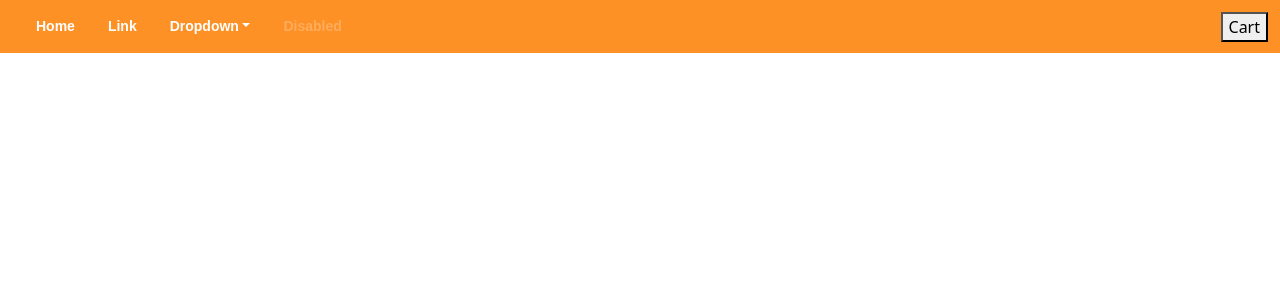
Repository: SaudCh/React-Ecommerce
Page: /login
An editor plug-in stored every save of this project. The page is shown before and after the next save, followed by the edit.
The browser window is 1280 px wide. The pictures show the whole page.
The project was rebuilt for these pictures with package versions that can differ from the ones it lists, and the page was loaded fresh each time. Also part of the build but not shown: src/App.css.

Above is the page before, as saved 2021-12-05 11:47:40.

After the next save:
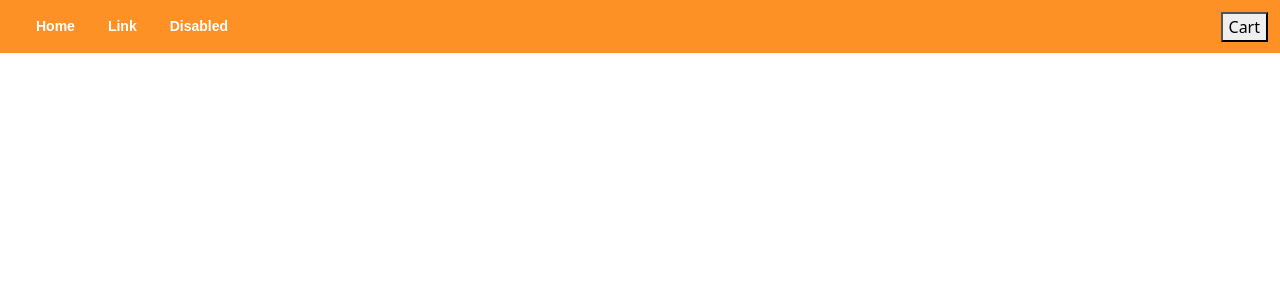
Saved 11 s later.
--- a/src/Header/Header.jsx
+++ b/src/Header/Header.jsx
@@ -34,41 +34,10 @@ export default function Header() {
                 Link
               </Link>
             </li>
-            <li class="nav-item dropdown">
-              <Link
-                class="nav-link  text-white dropdown-toggle"
-                to="#"
-                id="navbarDropdown"
-                role="button"
-                data-bs-toggle="dropdown"
-                aria-expanded="false"
-              >
-                Dropdown
-              </Link>
-              <ul class="dropdown-menu" aria-labelledby="navbarDropdown">
-                <li>
-                  <Link class="dropdown-item" to="#">
-                    Action
-                  </Link>
-                </li>
-                <li>
-                  <Link class="dropdown-item" to="#">
-                    Another action
-                  </Link>
-                </li>
-                <li>
-                  <hr class="dropdown-divider" />
-                </li>
-                <li>
-                  <Link class="dropdown-item" to="#">
-                    Something else here
-                  </Link>
-                </li>
-              </ul>
-            </li>
+
             <li class="nav-item">
               <Link
-                class="nav-link disabled"
+                class="nav-link  text-white"
                 to="#"
                 tabindex="-1"
                 aria-disabled="true"
